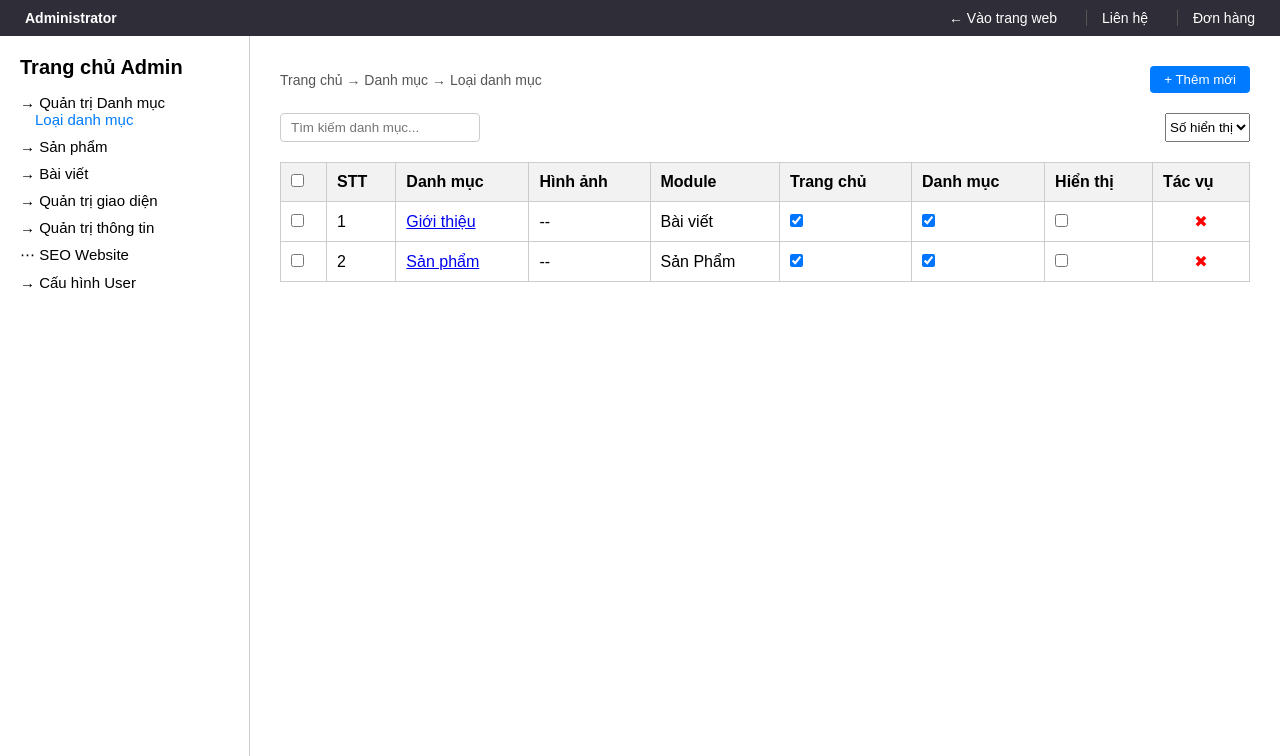
Repository: TranTanDat0606/Du-An-1
Page: Admin]/admin.html
These files come from the project's save history. The page is drawn as it stood at one moment and after a run of saves; the edit follows.
The browser window is 1280 px wide. The pictures show the whole page.

Above is the page before, as saved 2025-07-30 10:07:07.

### Admin]/admin.html
<!DOCTYPE html>
<html lang="vi">
<head>
    <meta charset="UTF-8" />
    <meta name="viewport" content="width=device-width, initial-scale=1.0"/>
    <title>Quản lý danh mục</title>
    <link rel="stylesheet" href="admin.css" />
</head>
<body>
    <header class="topbar">
    <div class="topbar-left">Administrator</div>
    <div class="topbar-right">
    <a href="#">← Vào trang web</a>
    <a href="#">Liên hệ</a>
    <a href="#">Đơn hàng</a></div>
</header>
    <div class="admin-container">
    <aside class="sidebar">
    <h2>Trang chủ Admin</h2>
    <ul>
        <li>→ Quản trị Danh mục
    <ul class="submenu">
            <li><a href="#">Loại danh mục</a></li>
    </ul>
        </li>
        <li>→ Sản phẩm</li>
        <li>→ Bài viết</li>
        <li>→ Quản trị giao diện</li>
        <li>→ Quản trị thông tin</li>
        <li>⋯ SEO Website</li>
        <li>→ Cấu hình User</li>
    </ul>
    </aside>
    <main class="main-content">
    <div class="header-bar">
        <span class="breadcrumbs">Trang chủ → Danh mục → Loại danh mục</span>
        <button class="btn-new">+ Thêm mới</button>
    </div>

    <div class="table-toolbar">
        <input type="text" class="search-input" placeholder="Tìm kiếm danh mục..." />
        <select>
    <option>Số hiển thị</option>
        </select>
    </div>
    <table>
        <thead>
    <tr>
            <th><input type="checkbox" /></th>
            <th>STT</th>
            <th>Danh mục</th>
            <th>Hình ảnh</th>
            <th>Module</th>
            <th>Trang chủ</th>
            <th>Danh mục</th>
            <th>Hiển thị</th>
            <th>Tác vụ</th>
    </tr>
        </thead>
        <tbody>
    <tr>
            <td><input type="checkbox" /></td>
            <td>1</td>
            <td><a href="#">Giới thiệu</a></td>
            <td>--</td>
            <td>Bài viết</td>
            <td><input type="checkbox" checked /></td>
            <td><input type="checkbox" checked /></td>
            <td><input type="checkbox" /></td>
            <td class="text-danger">✖</td>
    </tr>
    <tr>
            <td><input type="checkbox" /></td>
            <td>2</td>
            <td><a href="#">Sản phẩm</a></td>
            <td>--</td>
            <td>Sản Phẩm</td>
            <td><input type="checkbox" checked /></td>
            <td><input type="checkbox" checked /></td>
            <td><input type="checkbox" /></td>
            <td class="text-danger">✖</td>
    </tr>
        </tbody>
    </table>
    </main>
    </div>
</body>
</html>

### Admin]/admin.css
* {
    margin: 0;
    padding: 0;
    box-sizing: border-box;
    font-family: sans-serif;
}
/* header */
/* Topbar admin */
.topbar {
    background-color: #2f2e38;
    color: white;
    display: flex;
    justify-content: space-between;
    align-items: center;
    padding: 10px 25px;
    font-size: 14px;
}

.topbar-left {
    font-weight: bold;
}

.topbar-right a {
    color: white;
    text-decoration: none;
    margin-left: 25px;
    border-left: 1px solid #555;
    padding-left: 15px;
}

.topbar-right a:first-child {
    border-left: none;
    padding-left: 0;
}
body {
    background: #f5f5f5;
}

.admin-container {
    display: flex;
    height: 100vh;
}

/* Sidebar */
.sidebar {
    width: 250px;
    background: #fff;
    border-right: 1px solid #ccc;
    padding: 20px;
}

.sidebar h2 {
    margin-bottom: 15px;
    font-size: 20px;
}

.sidebar ul {
    list-style: none;
}

.sidebar li {
    margin-bottom: 10px;
    font-size: 15px;
}

.sidebar .submenu {
    margin-left: 15px;
}

.sidebar a {
    color: #007bff;
    text-decoration: none;
}

/* Main Content */
.main-content {
    flex: 1;
    padding: 30px;
    background: #fff;
}

.header-bar {
    display: flex;
    justify-content: space-between;
    align-items: center;
}

.breadcrumbs {
    color: #555;
    font-size: 14px;
}

.btn-new {
    background: #007bff;
    color: #fff;
    border: none;
    padding: 6px 14px;
    border-radius: 4px;
    cursor: pointer;
}

.table-toolbar {
    margin: 20px 0;
    display: flex;
    justify-content: space-between;
}

.search-input {
    padding: 6px 10px;
    width: 200px;
    border: 1px solid #ccc;
    border-radius: 4px;
}

table {
    width: 100%;
    border-collapse: collapse;
    background: #fff;
}

table th,
table td {
    border: 1px solid #ccc;
    padding: 10px;
    text-align: left;
}

table th {
    background: #f2f2f2;
}

.text-danger {
    color: red;
    text-align: center;
}

After the next 2 saves:
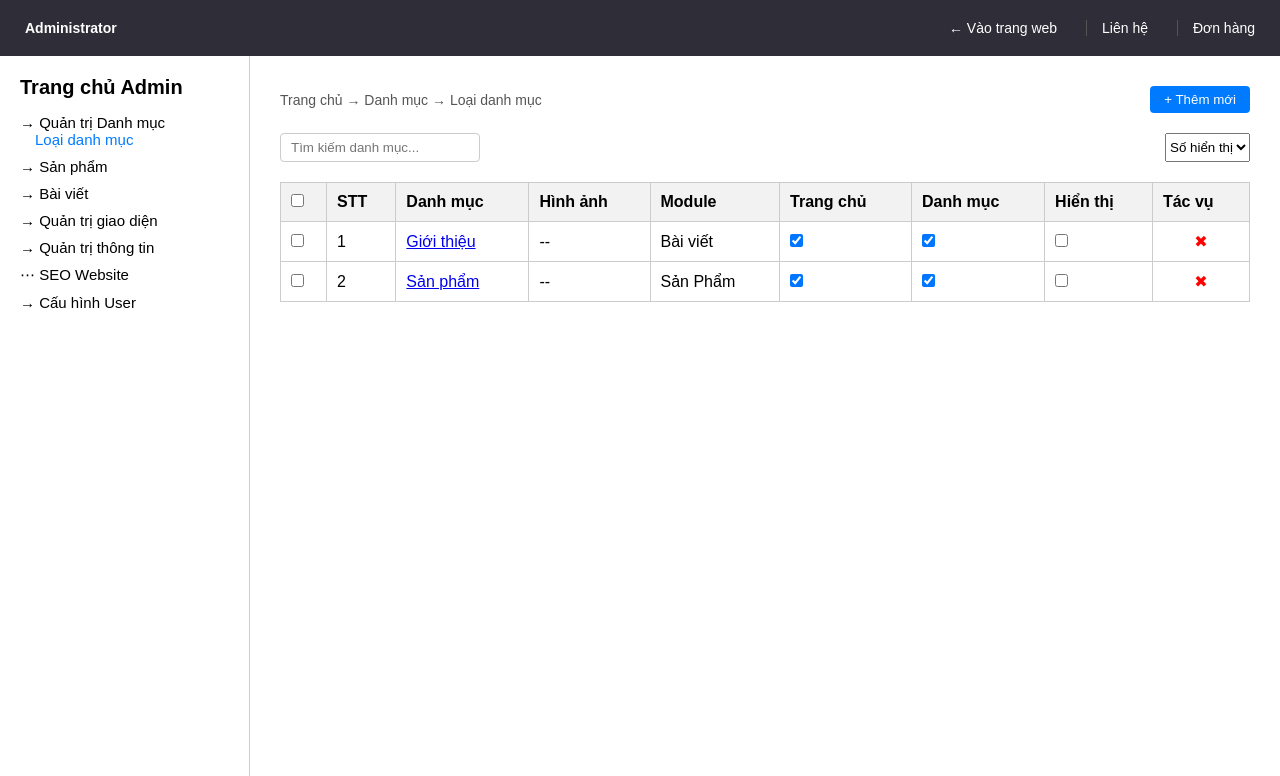
The 2 saves are shown as one change because they came seconds apart.
The last was saved 4 h 17 min later.
--- a/Admin]/admin.css
+++ b/Admin]/admin.css
@@ -12,7 +12,7 @@
     display: flex;
     justify-content: space-between;
     align-items: center;
-    padding: 10px 25px;
+    padding: 20px 25px;
     font-size: 14px;
 }
 

After the save that followed:
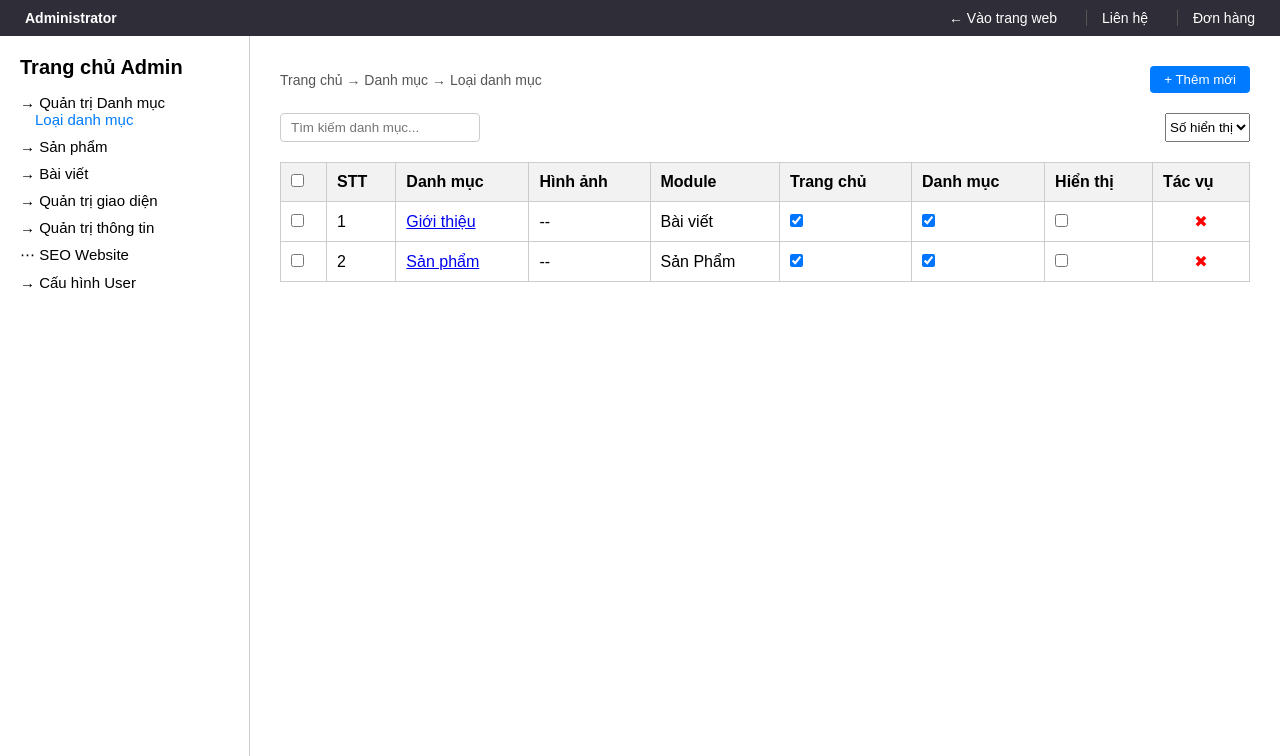
Saved 5 s later.
--- a/Admin]/admin.css
+++ b/Admin]/admin.css
@@ -12,7 +12,7 @@
     display: flex;
     justify-content: space-between;
     align-items: center;
-    padding: 20px 25px;
+    padding: 10px 25px;
     font-size: 14px;
 }
 
